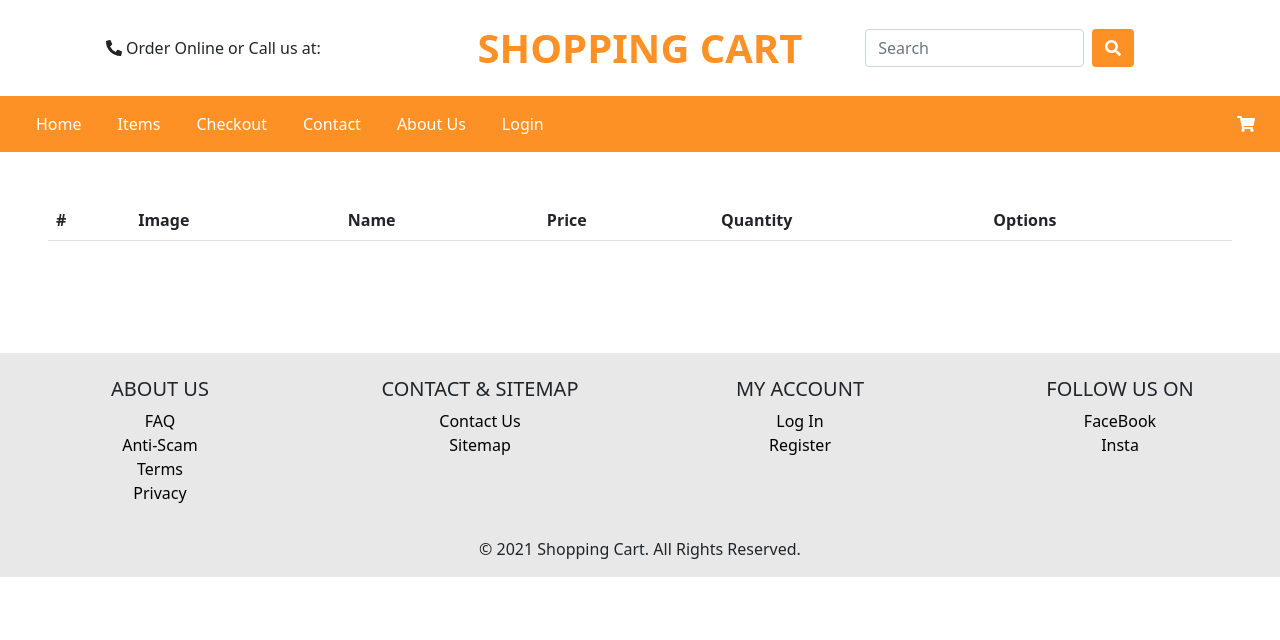
Repository: SaudCh/React-Ecommerce
Page: /cart
An editor plug-in stored every save of this project. The page is shown before and after the next save, followed by the edit.
The browser window is 1280 px wide. The pictures show the whole page.
The project was rebuilt for these pictures with package versions that can differ from the ones it lists, and the page was loaded fresh each time. Also part of the build but not shown: src/App.css, src/Home/Carousel.jsx, src/data/items.js, src/data/discounted.js, src/Home/Card.jsx, src/Home/home.jsx, src/Login/Login.jsx, src/Register/register.jsx and 3 more.

Above is the page before, as saved 2021-12-22 15:25:09.

### src/App.js
import "./App.css";
import Header from "./Header/Header";
import "../node_modules/bootstrap/dist/css/bootstrap.min.css";
import "../node_modules/bootstrap/dist/js/bootstrap.bundle.min";
import Home from "./Home/home";
import { BrowserRouter, Switch, Route } from "react-router-dom";
import Login from "./Login/Login";
import Register from "./Register/register";
import Item from "./Item/item";
import Footer from "./Footer/Footer";
import React, { useState } from "react";
import Cart from "./Cart/Cart";
import CheckOut from "./CheckOut/CheckOut";

function App() {
  const [cart, setCart] = useState([]);
  const cartHandler = (prod) => {
    //console.log(prod);
    setCart((product) => [...product, prod]);
    //console.log(cart);
  };
  const removeCart = (id) => {
    //console.log(id);
    setCart((c) => {
      return c.filter((ca) => ca.id !== id);
    });
  };
  return (
    <BrowserRouter>
      <Header cart={cart} />
      <Switch>
        <Route path="/" exact>
          <Home cartHandler={cartHandler} />
        </Route>
        <Route path="/product/:pid" exact>
          <Item />
        </Route>
        <Route path="/login" exact>
          <Login />
        </Route>
        <Route path="/register" exact>
          <Register />
        </Route>
        <Route path="/cart" exact>
          {/* <Register /> */}
          <Cart cart={cart} removeCart={removeCart} />
        </Route>
        <Route path="/checkout" exact>
          <CheckOut />
        </Route>
      </Switch>
      <Footer />
    </BrowserRouter>
  );
}

export default App;

### src/Header/Header.jsx
import {
  faPhoneAlt,
  faSearch,
  faShoppingCart,
} from "@fortawesome/free-solid-svg-icons";
import { FontAwesomeIcon } from "@fortawesome/react-fontawesome";
import React from "react";
import { Link } from "react-router-dom";
import "./Header.css";

export default function Header(props) {
  return (
    <div>
      <nav className="container-fluid  my-4">
        <div className="row align-items-center">
          <div className="col-12 col-md-4 my-2 my-lg-0 text-center ">
            <p className="m-0 p-0">
              <FontAwesomeIcon icon={faPhoneAlt} /> Order Online or Call us at:{" "}
            </p>
          </div>
          <div className="col-12 col-md-4 my-2 my-lg-0 text-center">
            <p className="m-0 fw-bold h1" style={{ color: "#fe9126" }}>
              SHOPPING CART
            </p>
          </div>
          <div className="col-12 col-md-4 my-2 my-lg-0 text-center">
            <form class="d-flex col-12 col-lg-8">
              <input
                class="form-control me-2"
                type="search"
                placeholder="Search"
                aria-label="Search"
              />
              <button
                class="btn text-white"
                style={{ backgroundColor: "#fe9126" }}
                type="submit"
              >
                <FontAwesomeIcon icon={faSearch} />
              </button>
            </form>
          </div>
        </div>
      </nav>
      <nav
        class="navbar navbar-expand-md navbar-dark"
        style={{ backgroundColor: "#fe9126" }}
      >
        <div class="container-fluid">
          <Link class="navbar-brand" href="#"></Link>

          <button
            class="navbar-toggler"
            type="button"
            data-bs-toggle="collapse"
            data-bs-target="#navbarSupportedContent"
            aria-controls="navbarSupportedContent"
            aria-expanded="false"
            aria-label="Toggle navigation"
          >
            <span class="navbar-toggler-icon"></span>
          </button>
          <div class="collapse navbar-collapse" id="navbarSupportedContent">
            <ul class="navbar-nav me-auto mb-2 mb-lg-0 nav-ul">
              <li class="nav-item">
                <Link class="nav-link  text-white" aria-current="page" to="/">
                  Home
                </Link>
              </li>
              <li class="nav-item">
                <Link class="nav-link  text-white" to="#">
                  Items
                </Link>
              </li>

              <li class="nav-item">
                <Link
                  class="nav-link text-white"
                  to="#"
                  tabindex="-1"
                  aria-disabled="true"
                >
                  Checkout
                </Link>
              </li>
              <li class="nav-item">
                <Link
                  class="nav-link text-white"
                  to="#"
                  tabindex="-1"
                  aria-disabled="true"
                >
                  Contact
                </Link>
              </li>
              <li class="nav-item">
                <Link
                  class="nav-link text-white"
                  to="#"
                  tabindex="-1"
                  aria-disabled="true"
                >
                  About Us
                </Link>
              </li>
              <li class="nav-item">
                <Link
                  class="nav-link text-white"
                  to="/login"
                  tabindex="-1"
                  aria-disabled="true"
                >
                  Login
                </Link>
              </li>
            </ul>
            <Link to="/cart" className="btn text-white">
              <FontAwesomeIcon icon={faShoppingCart} />
              {props.cart.length ? (
                <span
                  className="bg-danger"
                  style={{
                    borderRadius: "50%",
                    position: "absolute",
                    top: 10,
                    right: 10,
                    height: 20,
                    width: 20,
                    display: "flex",
                    alignItems: "center",
                    justifyContent: "center",
                  }}
                >
                  {props.cart.length}
                </span>
              ) : null}
            </Link>
          </div>
        </div>
      </nav>
    </div>
  );
}

### src/Footer/Footer.jsx
import React from "react";
import "./footer.css";

export default function Footer() {
  return (
    <footer
      style={{ backgroundColor: "#e8e8e8" }}
      class="page-footer font-small blue pt-4 mt-5"
    >
      <div class="container-fluid text-center text-md-left">
        <div class="row">
          <div class="col-md-3 mb-md-0 mb-3">
            <h5 class="text-uppercase">ABOUT US</h5>

            <ul class="list-unstyled">
              <li>
                <a href="#!">FAQ</a>
              </li>
              <li>
                <a href="#!">Anti-Scam</a>
              </li>
              <li>
                <a href="#!">Terms</a>
              </li>
              <li>
                <a href="#!">Privacy</a>
              </li>
            </ul>
          </div>
          <div class="col-md-3 mb-md-0 mb-3">
            <h5 class="text-uppercase">CONTACT & SITEMAP</h5>

            <ul class="list-unstyled">
              <li>
                <a href="#!">Contact Us</a>
              </li>
              <li>
                <a href="#!">Sitemap</a>
              </li>
            </ul>
          </div>
          <div class="col-md-3 mb-md-0 mb-3">
            <h5 class="text-uppercase">MY ACCOUNT</h5>

            <ul class="list-unstyled">
              <li>
                <a href="#!">Log In</a>
              </li>
              <li>
                <a href="#!">Register</a>
              </li>
            </ul>
          </div>

          <div class="col-md-3 mb-md-0 mb-3">
            <h5 class="text-uppercase">FOLLOW US ON</h5>

            <ul class="list-unstyled">
              <li>
                <a href="#!">FaceBook</a>
              </li>
              <li>
                <a href="#!">Insta</a>
              </li>
            </ul>
          </div>
        </div>
      </div>

      <div class="footer-copyright text-center py-3">
        © 2021 Shopping Cart. All Rights Reserved.
      </div>
    </footer>
  );
}

### src/Cart/Cart.jsx
import { faTrash } from "@fortawesome/free-solid-svg-icons";
import { FontAwesomeIcon } from "@fortawesome/react-fontawesome";
import React from "react";

export default function Cart(props) {
  return (
    <div className="p-5">
      <table class="table align-middle">
        <thead>
          <tr>
            <th scope="col">#</th>
            <th scope="col">Image</th>
            <th scope="col">Name</th>
            <th scope="col">Price</th>
            <th scope="col">Quantity</th>
            <th scope="col">Options</th>
          </tr>
        </thead>
        <tbody>
          {props.cart.map((e, index) => (
            <tr>
              <th scope="row">{index + 1}</th>
              <td>
                <img src={e.img} width={80} alt="" />
              </td>
              <td>{e.name}</td>
              <td>{e.price}</td>
              <td>
                <div className="d-flex">
                  <p
                    className="bg-danger text-white"
                    style={{ width: 20, paddingLeft: "7px" }}
                  >
                    -
                  </p>
                  <p className="mx-2">1</p>
                  <p
                    className="bg-info text-white"
                    style={{ width: 20, paddingLeft: "5px" }}
                  >
                    +
                  </p>
                </div>
              </td>
              <td>
                <button
                  onClick={() => props.removeCart(e.id)}
                  className="btn btn-danger btn-sm"
                >
                  <FontAwesomeIcon icon={faTrash} />
                </button>
              </td>
            </tr>
          ))}
        </tbody>
      </table>
      <div></div>
    </div>
  );
}

### src/Header/Header.css
.nav-ul li {
  margin-right: 20px;
}

### src/Footer/footer.css
* {
  margin: 0;
  padding: 0;
}
.links {
  color: black;
  text-decoration: none;
}
.links:hover {
  color: black;
}

footer a {
  color: black;
  text-decoration: none;
}
footer a:hover {
  color: black;
}

Loaded but not shown: public/index.html (common file); src/index.js (common file); src/reportWebVitals.js (common file)

After the next save:
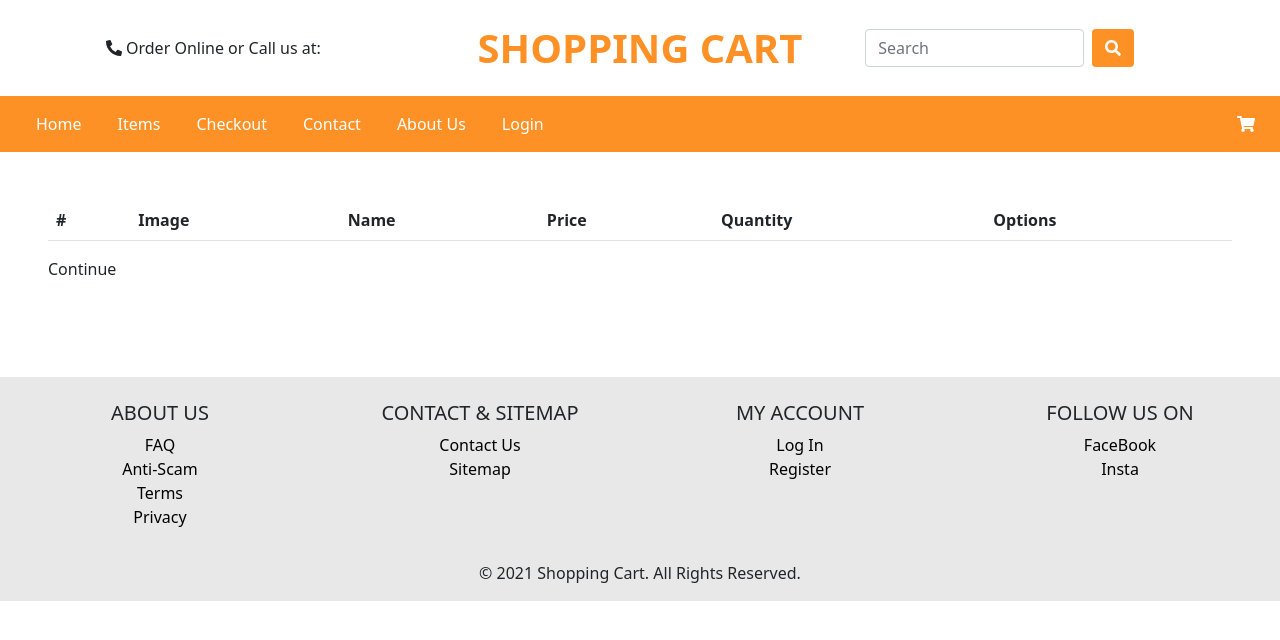
Saved 26 s later.
--- a/src/Cart/Cart.jsx
+++ b/src/Cart/Cart.jsx
@@ -54,7 +54,7 @@
           ))}
         </tbody>
       </table>
-      <div></div>
+      <div className="">Continue</div>
     </div>
   );
 }

After the 3 saves that followed:
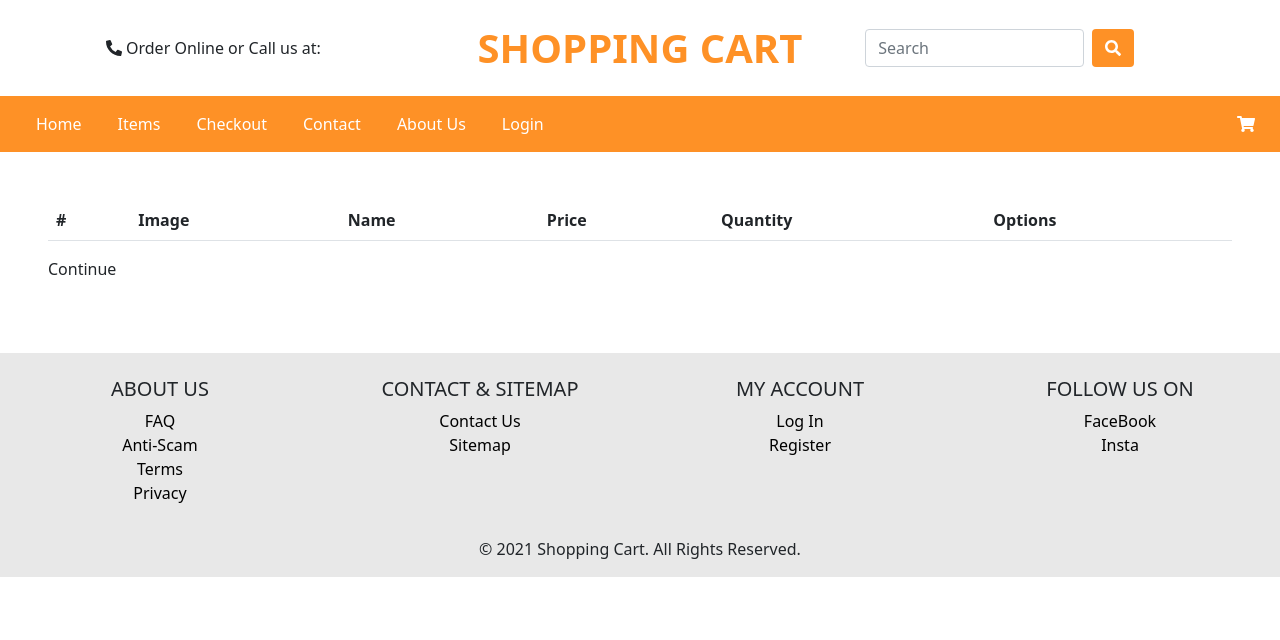
The 3 saves are shown as one change because 2 left the picture as it was.
The last was saved 32 s later.
--- a/src/Cart/Cart.jsx
+++ b/src/Cart/Cart.jsx
@@ -54,7 +54,9 @@
           ))}
         </tbody>
       </table>
-      <div className="">Continue</div>
+      <div className="" style={{ position: "absolute" }}>
+        Continue
+      </div>
     </div>
   );
 }
